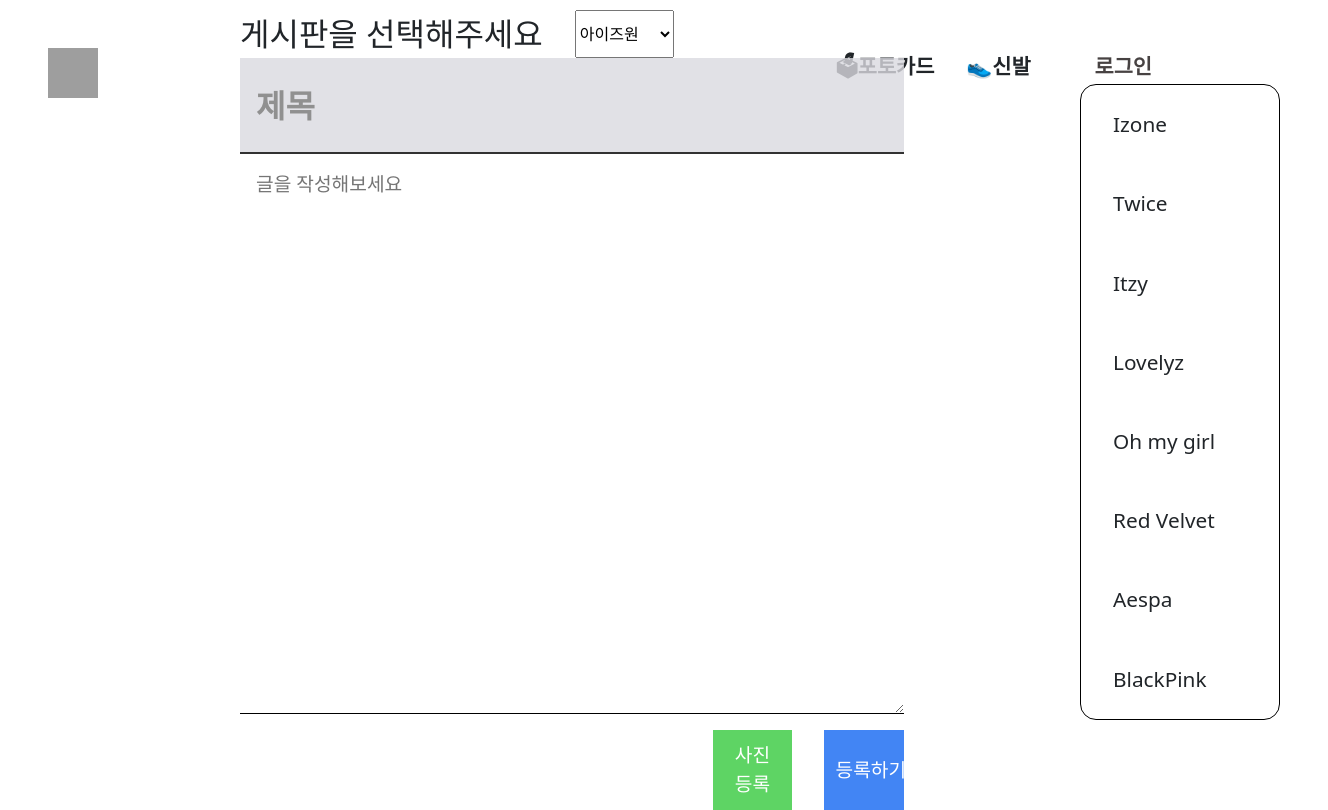
Repository: hwangstar156/goods-trader
Page: /write
These files come from the project's save history. The page is drawn as it stood at one moment and after the next save; the edit follows.
The browser window is 1280 px wide. The page is 1328 px wide, so the pictures cover 1328 px, including what lies to the right of the window. The pictures show the whole page.
Pictures or frames that could not be fetched are drawn as grey boxes. Some web libraries are served in a nearby version. The project was rebuilt for these pictures with package versions that can differ from the ones it lists, and the page was loaded fresh each time. Also part of the build but not shown: src/App.css, src/component/sign-up/sign-up.component.jsx, src/component/sign-in/sign-in.styles.scss, src/component/sign-in/sign-in.component.jsx, src/component/with-spinner/withSpinner.styles.scss, src/component/with-spinner/withSpinner.component.jsx, src/pages/userprofile/userprofile.styles.scss, src/pages/userprofile/userprofile.utils.js and 7 more.

Above is the page before, as saved 2021-09-05 17:59:29.

### public/index.html
<!DOCTYPE html>
<html lang="en">
  <head>
    <meta charset="utf-8" />
    <link rel="icon" href="%PUBLIC_URL%/favicon.ico" />
    <meta name="viewport" content="width=device-width, initial-scale=1" />
    <meta name="theme-color" content="#000000" />
    <meta
      name="description"
      content="Web site created using create-react-app"
    />
    <link rel="apple-touch-icon" href="%PUBLIC_URL%/logo192.png" />

    <link rel="manifest" href="%PUBLIC_URL%/manifest.json" />
    <script src="https://kit.fontawesome.com/08c91e1c0e.js" crossorigin="anonymous"></script>
    <title>Goods trader</title>
  </head>
  <body>
    <div id="root"></div>
  </body>
</html>

### src/index.js
import React from "react";
import ReactDOM from "react-dom";
import "./index.css";
import App from "./App";
import reportWebVitals from "./reportWebVitals";
import { BrowserRouter } from "react-router-dom";
import { PersistGate } from "redux-persist/integration/react";
import { store, persistor } from "./redux/store";
import { Provider } from "react-redux";
import "bootstrap/dist/css/bootstrap.min.css";
ReactDOM.render(
  <Provider store={store}>
    <BrowserRouter>
      <PersistGate persistor={persistor}>
        <App />
      </PersistGate>
    </BrowserRouter>
  </Provider>,

  document.getElementById("root")
);

// If you want to start measuring performance in your app, pass a function
// to log results (for example: reportWebVitals(console.log))
// or send to an analytics endpoint. Learn more: https://bit.ly/CRA-vitals
reportWebVitals();

### src/App.js
import "./App.css";
import { Switch, Route, Redirect } from "react-router-dom";
import SignUpPage from "./component/sign-up/sign-up.component";
import SignInPage from "./component/sign-in/sign-in.component";
import UserProfileContainer from "./pages/userprofile/userprofile.container";
import React, { useEffect } from "react";
import Header from "./component/header/header.component";
import HomePage from "./pages/homepage.component";
import { useDispatch, useSelector } from "react-redux";
import { selectCurrentUser } from "./redux/user/user.selector";
import { checkUserSession } from "./redux/user/user.action";
import WritePage from "./pages/write/write.pages";
const App = () => {
  const currentUser = useSelector(selectCurrentUser);
  const dispatch = useDispatch();

  useEffect(() => {
    dispatch(checkUserSession());
  }, [dispatch]);
  return (
    <>
      <Header />
      <Switch>
        <Route exact path="/" render={() => <HomePage />} />
        <Route exact path="/signup" component={SignUpPage} />
        <Route
          exact
          path="/signin"
          render={() => (currentUser ? <Redirect to="/" /> : <SignInPage />)}
        />
        <Route exact path="/profile" component={UserProfileContainer}></Route>
        <Route exact path="/write" component={WritePage}></Route>
      </Switch>
    </>
  );
};

export default App;

### src/redux/store.js
import { createStore, applyMiddleware } from "redux";
import logger from "redux-logger";
import { persistStore } from "redux-persist";
import rootReducer from "./root-redux";
import { composeWithDevTools } from "redux-devtools-extension";
import createSagaMiddleware from "redux-saga";
import rootSaga from "./root-saga";

const sagaMiddleware = createSagaMiddleware();
const middlewares = [logger, sagaMiddleware];

const store = createStore(
  rootReducer,
  composeWithDevTools(applyMiddleware(...middlewares))
);
sagaMiddleware.run(rootSaga);
const persistor = persistStore(store);

export { store, persistor };

### src/pages/userprofile/userprofile.container.jsx
import WithSpinner from "../../component/with-spinner/withSpinner.component";
import UserProfilePage from "./userprofile.pages";
import { compose } from "redux";
import { connect } from "react-redux";
import { createStructuredSelector } from "reselect";
import { selectUserFetching } from "../../redux/user/user.selector";

const mapStateToProps = createStructuredSelector({
  isLoading: selectUserFetching,
});

const UserProfileContainer = compose(
  connect(mapStateToProps),
  WithSpinner
)(UserProfilePage);

export default UserProfileContainer;

### src/component/header/header.component.jsx
import React from "react";
import ProfileIcon from "../userprofile/profileicon.component";
import { Link, useHistory } from "react-router-dom";
import "./header.styles.scss";
import { useSelector } from "react-redux";
import {
  selectCurrentUser,
  selectUserLoggedIn,
} from "../../redux/user/user.selector";

const Header = () => {
  const currentUser = useSelector(selectCurrentUser);
  const isLoggedIn = useSelector(selectUserLoggedIn);
  const history = useHistory();
  const handleLogoClick = () => {
    history.push("/");
  };

  return (
    <>
      <div className="header-container">
        <div className="logo" onClick={handleLogoClick}>
          <img
            src="https://www.freepnglogos.com/uploads/logo-website-png/logo-website-file-globe-icon-svg-wikimedia-commons-21.png"
            alt=""
            className="logo-img"
          />
        </div>
        <div className="header-element">
          {isLoggedIn ? (
            <Link className="header-write" to="/write">
              📝글쓰기
            </Link>
          ) : null}

          <div className="header-photocard">🗳포토카드</div>
          <div className="header-sneakers">👟신발</div>
          {currentUser ? (
            <ProfileIcon />
          ) : (
            <Link to="/signin" className="sign-in-btn">
              로그인
            </Link>
          )}
        </div>
      </div>
    </>
  );
};

export default Header;

### src/redux/user/user.selector.js
import { createSelector } from "reselect";

const selectUser = (state) => state.user;

export const selectCurrentUser = createSelector(
  [selectUser],
  (user) => user.currentUser
);

export const selectUserError = createSelector(
  [selectUser],
  (user) => user.error
);

export const selectUserFetching = createSelector(
  [selectUser],
  (user) => user.isFetching
);

export const selectUserLoggedIn = createSelector(
  [selectUser],
  (user) => user.isLoggedIn
);

### src/redux/user/user.action.js
import { UserActionTypes } from "./user.types";

export const googleSignInStart = () => ({
  type: UserActionTypes.GOOGLE_SIGN_IN_START,
});

export const emailSignInStart = (emailAndPassword) => ({
  type: UserActionTypes.EMAIL_SIGN_IN_START,
  payload: emailAndPassword,
});

export const signInSuccess = (user) => ({
  type: UserActionTypes.SIGN_IN_SUCCESS,
  payload: user,
});

export const signInFailure = (err) => ({
  type: UserActionTypes.SIGN_IN_FAILURE,
  payload: err,
});

export const checkUserSession = () => ({
  type: UserActionTypes.CHECK_USER_SESSION,
});

export const signOutStart = () => ({
  type: UserActionTypes.SIGN_OUT_START,
});

export const signOutSuccess = () => ({
  type: UserActionTypes.SIGN_OUT_SUCCESS,
});

export const signOutFailure = (err) => ({
  type: UserActionTypes.SIGN_OUT_FAILURE,
  payload: err,
});

export const signUpStart = (userObj) => ({
  type: UserActionTypes.SIGN_UP_START,
  payload: userObj,
});

export const signUpSuccess = ({ user, additionalData }) => ({
  type: UserActionTypes.SIGN_UP_SUCCESS,
  payload: { user, additionalData },
});

export const signUpFailure = (err) => ({
  type: UserActionTypes.SIGN_UP_FAILURE,
  payload: err,
});

export const refreshUserStart = () => ({
  type: UserActionTypes.REFRESH_USER_START,
});

export const refreshUserSuccess = (user) => ({
  type: UserActionTypes.REFRESH_USER_SUCCESS,
  payload: user,
});

export const refreshUserFailure = (err) => ({
  type: UserActionTypes.REFRESH_USER_FAILURE,
  payload: err,
});

### src/pages/write/write.pages.jsx
import React from "react";
import { useState } from "react";
import { useSelector } from "react-redux";
import { firestore, storageRef } from "../../firebase/firebase.utils";
import { selectCurrentUser } from "../../redux/user/user.selector";
import { v4 as uuidv4 } from "uuid";
import { useRef } from "react";
import MenuAside from "../../component/menu-aside/menu-aside.component";
import "github-markdown-css";
import "./write.styles.scss";
import { selectIdols } from "../../redux/idol/idol.selector";
const WritePage = () => {
  const imgRef = useRef(null);
  const currentUser = useSelector(selectCurrentUser);
  const idolCollection = useSelector(selectIdols);
  const [text, setText] = useState({
    headText: "",
    mainText: "",
  });
  const [file, setFile] = useState("");
  const { headText, mainText } = text;

  const onSubmit = async (e) => {
    e.preventDefault();
    let fileUrl = "";
    const fileRef = storageRef.child(`${currentUser.id}/${uuidv4()}`);
    const responce = await fileRef.put(file);

    console.log(responce);
    responce.ref.getDownloadURL().then((url) => {
      fileUrl = url;
      imgRef.current.src = url;
    });

    const writing = {
      headText,
      mainText,
      createAt: Date.now(),
      fileUrl,
    };
    firestore.collection("writings").add(writing);
    setFile("");
    setText({
      ...text,
      headText: "",
      mainText: "",
    });
  };

  const onChangeTextInput = (e) => {
    const name = e.target.name;
    setText({
      ...text,
      [name]: e.target.value,
    });
  };

  const onChangeFiles = (e) => {
    const theFile = e.target.files[0];
    if (!theFile) {
      return;
    }
    if (!theFile.type.match(/image.*/)) {
      return;
    }
    setFile(theFile);
  };

  const onChangeSelectIdol = (e) => {};

  return (
    <div className="write-container">
      <form onSubmit={onSubmit} className="inputs-form">
        <div className="select-container">
          <label htmlFor="">게시판을 선택해주세요</label>
          <select
            name="idol"
            id="select-collection"
            onChange={onChangeSelectIdol}
            className="idol-selector"
          >
            {idolCollection.map(({ id, title }) => (
              <option key={id} value={title}>
                {title}
              </option>
            ))}
          </select>
        </div>

        <input
          type="text"
          name="headText"
          className="head-input"
          value={headText}
          placeholder="제목"
          onChange={onChangeTextInput}
        />
        <textarea
          type="text"
          placeholder="글을 작성해보세요"
          className="main-input"
          name="mainText"
          value={mainText}
          onChange={onChangeTextInput}
        />
        <input
          type="file"
          accept="image/*"
          onChange={onChangeFiles}
          className="file-input"
        />
        <footer className="footer-element">
          <button type="button" className="file-btn">
            사진 등록
          </button>
          <input type="submit" className="submit-btn" value="등록하기" />
        </footer>
      </form>
      <MenuAside className="menu-aside" />
      <div className="image-preview">
        <img src="" alt="" ref={imgRef} />
      </div>
    </div>
  );
};

export default WritePage;

### src/redux/root-redux.js
import { combineReducers } from "redux";
import { persistReducer } from "redux-persist";
import storage from "redux-persist/lib/storage";
import idolReducer from "./idol/idol.reducer";
import userReducer from "./user/user.reducer";
const persistConfig = {
  key: "root",
  storage,
  whitelist: ["cart"],
};

const rootReducer = combineReducers({
  user: userReducer,
  idol: idolReducer,
});

export default persistReducer(persistConfig, rootReducer);

### src/redux/root-saga.js
import { all, call } from "redux-saga/effects";
import { userSagas } from "./user/user.saga";
export default function* rootSaga() {
  yield all([call(userSagas)]);
}

### src/component/sign-up/sign-up.styles.scss
@import url("https://fonts.googleapis.com/css2?family=Poppins&display=swap");
@import url("https://fonts.googleapis.com/css2?family=Jua&display=swap");

* {
  box-sizing: content-box;
  margin: 0;
}
.sign-up-page {
  width: 100%;
  height: 100vh;
  font-family: "Jua", sans-serif;
  & .form-input {
    display: flex;
    flex-direction: column;
    width: 35%;
    justify-content: center;
    margin: 0 auto;
    margin-top: 4rem;
    background-color: skyblue;
    padding: 3rem;
    border-radius: 1rem;

    & h3 {
      font-size: 2rem;
      text-align: center;
      color: black;
    }

    & .sign-up-input {
      margin-top: 2rem;
      height: 3rem;
      background-color: lightgray;
      border: 1px solid black;
      border-radius: 0.5rem;
      font-size: 1rem;
      letter-spacing: 0.1rem;
      padding-left: 1rem;
      &::placeholder {
        letter-spacing: normal;
        font-size: 80%;
        opacity: 1;
      }
    }
  }

  & .sign-up-title {
    display: flex;
    font-style: italic;
    padding-top: 3rem;
    font-size: 3em;

    color: tomato;
    justify-content: center;

    & strong {
      color: blue;
    }
  }

  & .submit-btn {
    width: 20%;
    margin: 4rem auto 0 auto;
    padding: 1rem;
    border-radius: 1.5rem;
    border: transparent;
    background-color: #4285f4;
    color: white;
    font-size: 1rem;

    &:hover {
      cursor: pointer;
      background-color: #357ae8;
    }
  }
}

### src/component/header/header.styles.scss
@import url("https://fonts.googleapis.com/css2?family=Jua&display=swap");

.header-container {
  display: flex;
  position: relative;
  left: 3rem;
  top: 3rem;
  & .logo-img {
    width: 50px;
    height: 50px;
    cursor: pointer;
  }

  & .header-element {
    display: flex;
    position: absolute;
    right: 11rem;
    font-size: 1.3rem;
    line-height: 40px;
    font-weight: 600;
    font-family: "Jua", sans-serif;

    & .header-write {
      text-decoration: none;
      color: rgb(71, 66, 66);
    }

    & .sign-in-btn {
      text-decoration: none;
      color: rgb(71, 66, 66);
    }
    & .header-write {
      margin-right: 2rem;
    }

    & .header-photocard {
      margin-right: 2rem;
    }

    & .header-sneakers {
      margin-right: 4rem;
    }
  }
}

### src/redux/user/user.types.js
export const UserActionTypes = {
  GOOGLE_SIGN_IN_START: "GOOGLE_SIGN_IN_START",
  EMAIL_SIGN_IN_START: "EMAIL_SIGN_IN_START",
  SIGN_IN_SUCCESS: "SIGN_IN_SUCCESS",
  SIGN_IN_FAILURE: "SIGN_IN_FAILURE",
  CHECK_USER_SESSION: "CHECK_USER_SESSION",
  SIGN_OUT_START: "SIGN_OUT_START",
  SIGN_OUT_SUCCESS: "SIGN_OUT_SUCCESS",
  SIGN_OUT_FAILURE: "SIGN_OUT_FAILURE",
  SIGN_UP_START: "SIGN_UP_START",
  SIGN_UP_SUCCESS: "SIGN_UP_SUCCESS",
  SIGN_UP_FAILURE: "SIGN_UP_FAILURE",
  CHANGE_USER_IMAGE: "CHANGE_USER_IMAGE",
  REFRESH_USER_START: "REFRESH_USER_START",
  REFRESH_USER_SUCCESS: "REFRESH_USER_REFRESH_USER_SUCCESS",
  REFRESH_USER_FAILURE: "REFRESH_USER_FAILURE",
};

### src/component/menu-aside/menu-aside.component.jsx
import React from "react";
import "./menu-aside.styles.scss";
const MenuAside = () => {
  return (
    <aside>
      <ul className="menu-aside">
        <li>Izone</li>
        <li>Twice</li>
        <li>Itzy</li>
        <li>Lovelyz</li>
        <li>Oh my girl</li>
        <li>Red Velvet</li>
        <li>Aespa</li>
        <li>BlackPink</li>
      </ul>
    </aside>
  );
};

export default MenuAside;

### src/pages/write/write.styles.scss
.write-container {
  height: 100vh;
  display: flex;
  justify-content: center;
  align-items: center;



  & .inputs-form {
    display: flex;
    flex-direction: column;
    margin-left: 15rem;
    margin-right: 6rem;
    width: 900px;
    & .select-container {
        display: flex;

        & label{
            font-size: 2rem;
        }

    & .idol-selector{
        margin-left: 2rem;
        width: 15%;
        display: inline-block;
    }
    }

    & .head-input {
      height: 6rem;
      border: none;
      border-bottom: 2px solid black;
      background-color: rgb(218, 218, 224);
      opacity: 0.8;
      padding-left: 1rem;
      font-weight: 600;
      font-size: 2rem;
      &:focus {
        outline: none;
      }
    }

    & .main-input {
      border: none;
      border-bottom: 1px solid black;
      height: 35rem;
      padding: 1rem 0 0 1rem;
      font-size: 1.2rem;
      &:focus {
        outline: none;
      }
    }

     & .file-input{
         display: none;
     }
    & .footer-element{
        display: flex;
        & .file-btn{
            width: 12%;
            padding: 0.7rem;
            margin-left: auto;
            margin-top: 1rem;
            margin-right: 2rem;
            color: white;
            border: none;
            font-size: 1.2rem;
            background-color: #5ed464;
            &:hover{
                background-color: #45be4b;
            }
        }
        & .submit-btn{
            width: 12%;
            padding: 0.7rem;
            margin-top: 1rem;
            color: white;
            border: none;
            font-size: 1.2rem;
            background-color: #4285f4;
            &:hover{
                background-color: #357ae8;
            }
        }
    }
  }
}

### src/redux/idol/idol.selector.js
import { createSelector } from "reselect";

const selectIdol = (state) => state.idol;

export const selectIdols = createSelector(
  [selectIdol],
  (idol) => idol.sections
);

### src/redux/idol/idol.reducer.js
import idolData from "./idol.data";
import IdolTypeActions from "./idol.type";
const idolReducer = (state = idolData, action) => {
  switch (action.type) {
    case IdolTypeActions.CHANGE_IMAGE_SIZE:
      return {
        ...state,
        imageUrl: action.payload,
      };
    default:
      return state;
  }
};

export default idolReducer;

### src/redux/user/user.reducer.js
import { UserActionTypes } from "./user.types";

const INITIAL_STATE = {
  currentUser: null,
  error: null,
  isFetching: true,
  isLoggedIn: false,
};

const userReducer = (state = INITIAL_STATE, action) => {
  switch (action.type) {
    case UserActionTypes.REFRESH_USER_START:
    case UserActionTypes.CHECK_USER_SESSION:
      return {
        ...state,
        isFetching: true,
      };
    case UserActionTypes.REFRESH_USER_SUCCESS:
    case UserActionTypes.SIGN_IN_SUCCESS:
      return {
        ...state,
        currentUser: action.payload,
        error: null,
        isFetching: false,
        isLoggedIn: true,
      };
    case UserActionTypes.SIGN_OUT_SUCCESS:
      return {
        ...state,
        currentUser: null,
        error: null,
        isLoggedIn: false,
      };
    case UserActionTypes.REFRESH_USER_FAILURE:
    case UserActionTypes.SIGN_IN_FAILURE:
    case UserActionTypes.SIGN_OUT_FAILURE:
    case UserActionTypes.SIGN_UP_FAILURE:
      return {
        ...state,
        error: action.payload,
      };
    default:
      return state;
  }
};

export default userReducer;

### src/component/menu-aside/menu-aside.styles.scss
.menu-aside {
    list-style: none;
    min-width: 200px;
    margin-left: 5rem;
    border-radius: 1rem;
    border: 1px solid black;
    padding-left: 0;

    & li {
        margin-left: 0;
      padding: 1.5rem 0 1.5rem 2rem;
      font-size: 1.3rem;
      border-radius: 1rem;
      &:hover{
          background-color: rgb(169, 169, 255);
          color: white;
        cursor:pointer;
      }
    }
  }

### src/redux/idol/idol.data.js
const idolData = {
  sections: [
    {
      title: "아이즈원",
      imageUrl:
        "https://data.ygosu.com/editor/attach/20190226/20190226183618_zltermyq.png",
      id: 1,
      linkUrl: "collection/izone",
    },
    {
      title: "트와이스",
      imageUrl: "https://pbs.twimg.com/media/Cy3Wj-5UAAAnKhC.jpg",
      id: 2,
      linkUrl: "collection/twice",
    },
    {
      title: "itzy",
      imageUrl: "https://t1.daumcdn.net/cfile/tistory/998490455C7ABBF703",
      id: 3,
      linkUrl: "collection/itzy",
    },
    {
      title: "러블리즈",
      imageUrl: "https://pbs.twimg.com/media/DNoNIHMUEAAQRai.jpg:large",
      id: 4,
      linkUrl: "collection/lovelyz",
    },
    {
      title: "오마이걸",
      imageUrl:
        "https://blog.kakaocdn.net/dn/tegj9/btqyuFpCiAj/KCKVi3ABV1KA1duQLSm1c1/img.jpg",
      id: 5,
      linkUrl: "collection/omygirl",
    },
    {
      title: "레드벨벳",
      imageUrl:
        "https://blog.kakaocdn.net/dn/bvtVxD/btqMfhWcXgE/anTtVfo6r12XiVNOLuhlkK/img.png",
      id: 6,
      linkUrl: "collection/redvelvet",
    },
    {
      title: "에스파",
      imageUrl: "https://pbs.twimg.com/media/Er64LL-VQAA708Y.jpg",
      id: 7,
      linkUrl: "collection/aespa",
    },
    {
      title: "블랙핑크",
      imageUrl:
        "https://www.wallpapertip.com/wmimgs/96-966442_blackpink-hd.jpg",
      id: 8,
      linkUrl: "collection/blackpink",
    },
  ],
};

export default idolData;

### src/redux/idol/idol.type.js
const IdolTypeActions = {
  CHANGE_IMAGE_SIZE: "CHANGE_IMAGE_SIZE",
};

export default IdolTypeActions;

### src/menu-item/menu-item.styles.scss
* {
  box-sizing: content-box;
  margin: 0;
}

.menu-item {
  overflow: hidden;
  min-width: 30%;
  &:hover {
    cursor: pointer;

    & .background-image {
      transform: scale(1.04);
      transition: transform 2s cubic-bezier(0.25, 0.45, 0.45, 0.95);

      & .content {
        opacity: 0.9;
      }
    }
  }
  & .background-image {
    position: relative;
    height: 700px;

    background-size: cover;
    background-repeat: no-repeat;
    background-position: center;

    & .content {
      position: absolute;
      width: 7.5rem;
      height: 7.5rem;
      display: flex;
      flex-direction: column;
      align-items: center;
      justify-content: center;
      border: 1px solid black;
      top: 50%;
      left: 50%;
      background-color: white;
      opacity: 0.7;
      transform: translate(-50%, -50%);
      border-radius: 0.5rem;
      & .title {
        font-weight: bold;
        margin: 0 3px 0;
        font-size: 20px;
        color: #4a4a4a;
        font-family: sans-serif;
      }
    }
  }
}

Loaded but not shown: src/index.css (common file); src/reportWebVitals.js (common file); src/redux/user/user.saga.js (119 lines, source omitted); src/firebase/firebase.utils.js (87 lines, source omitted)

After the next save:
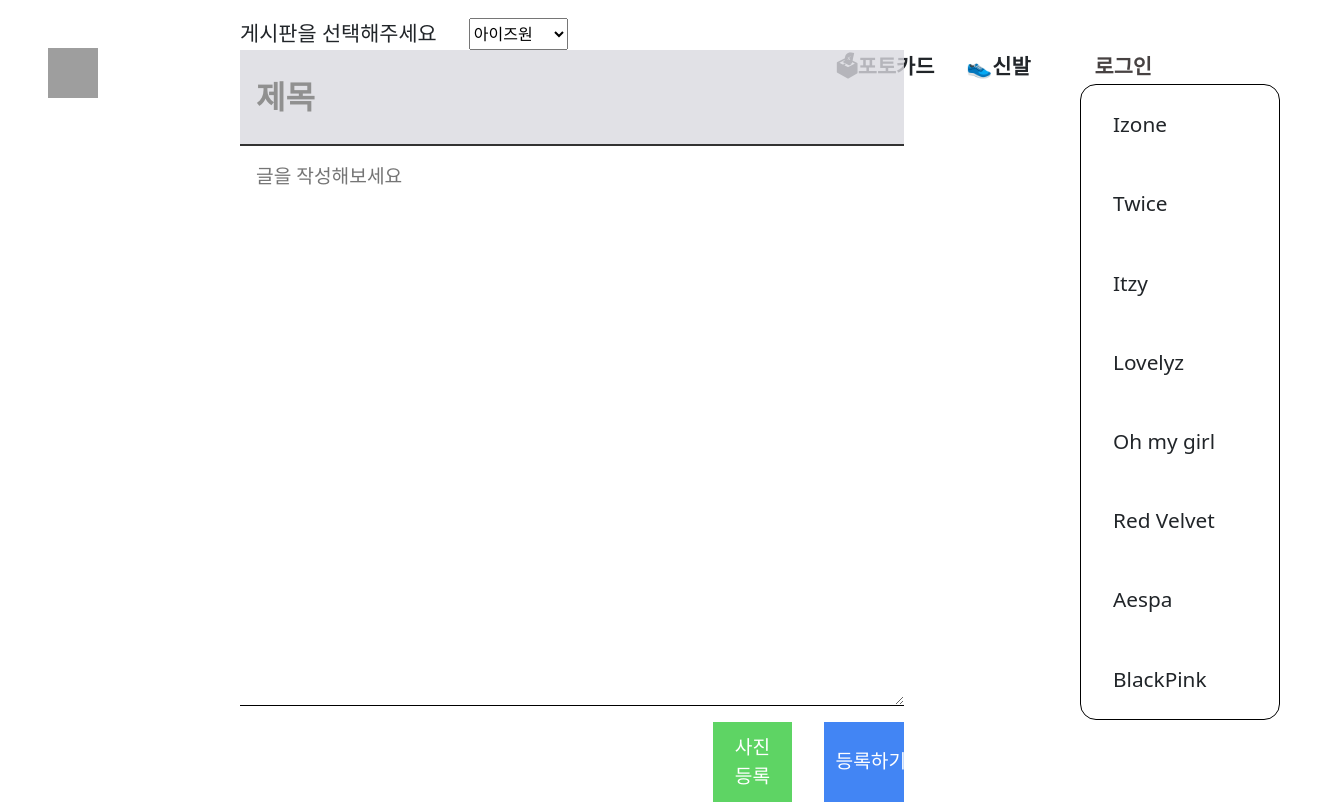
Saved 4 s later.
--- a/src/pages/write/write.styles.scss
+++ b/src/pages/write/write.styles.scss
@@ -16,7 +16,7 @@
         display: flex;
 
         & label{
-            font-size: 2rem;
+            font-size: 1.3rem;
         }
 
     & .idol-selector{
